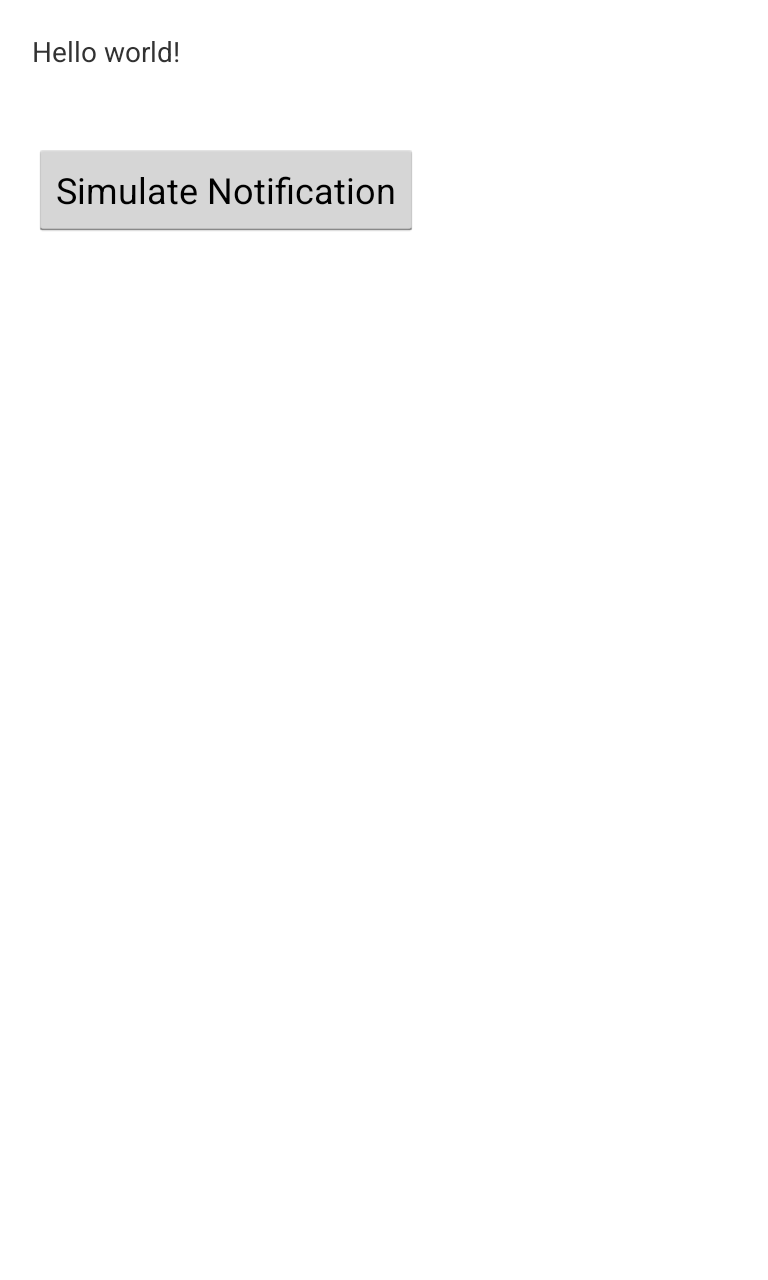
Repository: cupidonDenison/project_Test
Layout: GCMExample/res/layout/activity_main.xml
These files come from the project's save history. The layout is drawn as it stood at one moment and after the next save; the edit follows.
It is drawn on a 768 x 1280 px phone screen (xhdpi) without system bars, with theme AppTheme; the app's code is not run.

Above is the layout before, as saved 2015-03-24 18:45:20.

After the next save:
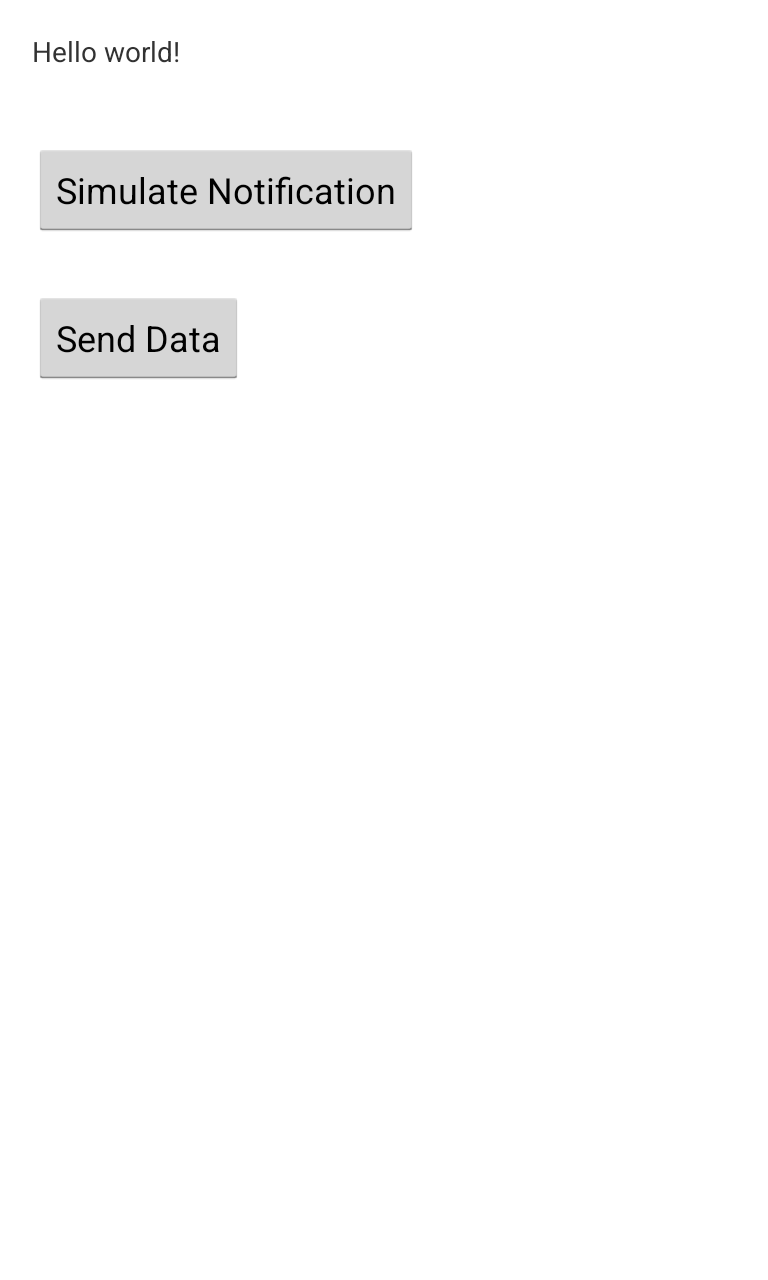
Saved 3 min 21 s later.
--- a/GCMExample/res/layout/activity_main.xml
+++ b/GCMExample/res/layout/activity_main.xml
@@ -24,4 +24,13 @@
         android:onClick="notify"
         android:text="Simulate Notification" />
 
+    <Button
+        android:id="@+id/button2"
+        android:layout_width="wrap_content"
+        android:layout_height="wrap_content"
+        android:layout_alignLeft="@+id/button1"
+        android:layout_below="@+id/button1"
+        android:layout_marginTop="26dp"
+        android:text="Send Data" />
+
 </RelativeLayout>
